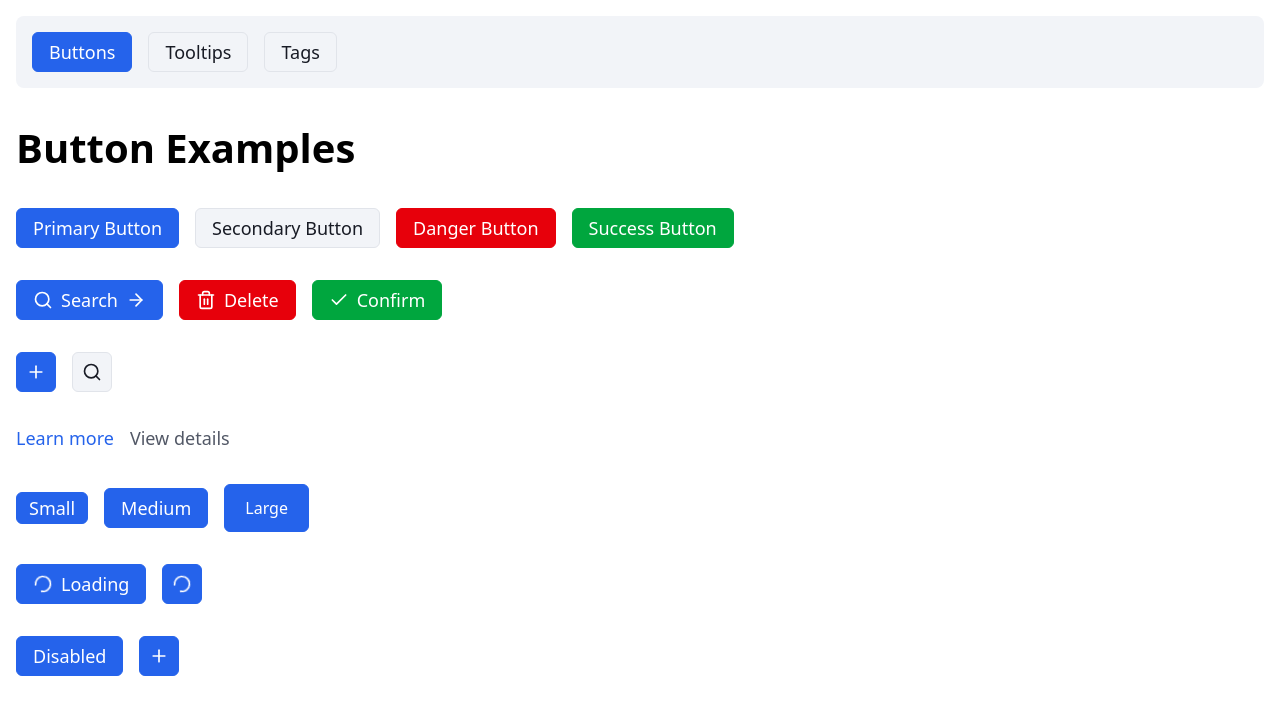
Repository: vinit-juspay/design-system
Page: /
The author's editor kept a copy of each file at every save. The page is drawn from the files as they stood at one save, then again after the next save.
The browser window is 1280 px wide. The pictures show the whole page.
Some web fonts or font styles are not loaded; a fallback is used. The project was rebuilt for these pictures with package versions that can differ from the ones it lists, and the page was loaded fresh each time. Also part of the build but not shown: vite.config.ts, src/lib/utils.ts, src/themeConfig.ts, src/components/button/Button.utils.ts, src/components/button/Button.tsx, src/components/tooltip/Tooltip.utils.ts, src/components/tooltip/Tooltip.tsx, lib/components/Tags/utils.ts and 1 more.

Above is the page before, as saved 2025-04-05 19:26:21.

After the next save:
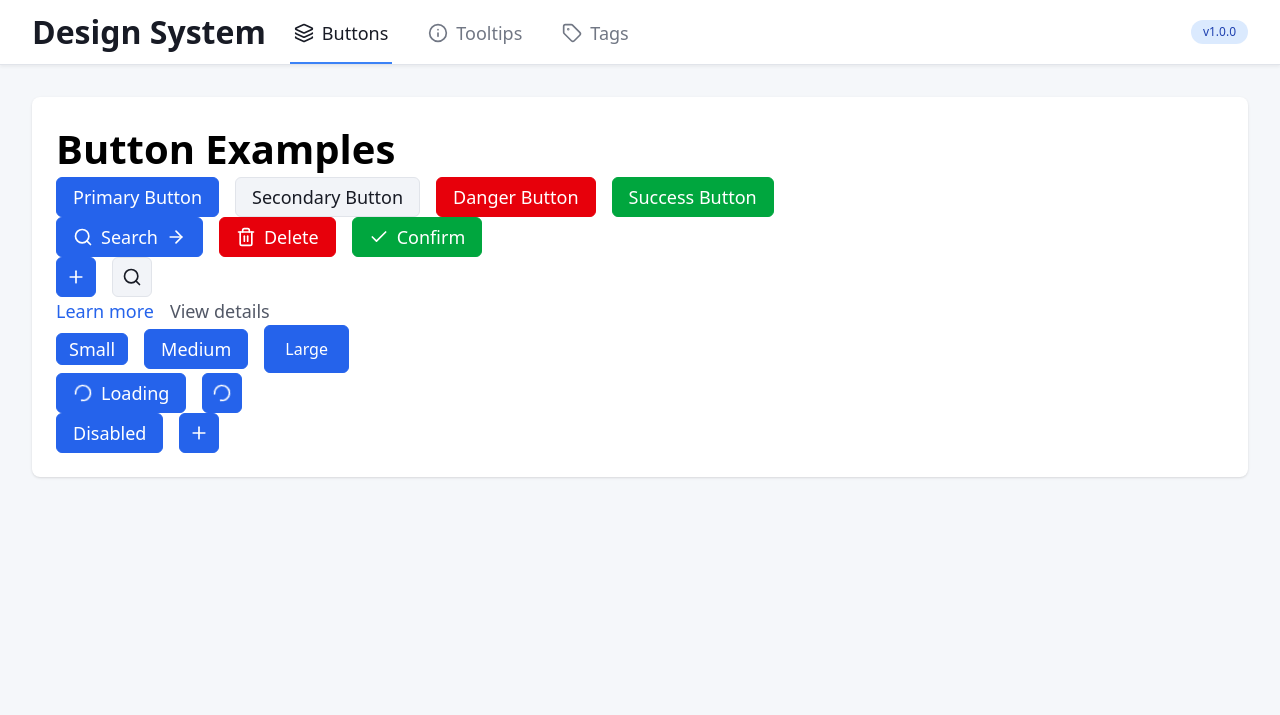
Saved 54 s later.
--- a/src/App.tsx
+++ b/src/App.tsx
@@ -1,5 +1,5 @@
-import { useState } from "react";
-import { Search, Plus, ArrowRight, Trash2, Check, Info, AlertCircle, HelpCircle } from "lucide-react";
+import React, { useState } from "react";
+import { Search, Plus, ArrowRight, Trash2, Check, Info, AlertCircle, HelpCircle, CheckCircle, XCircle, Layers, Palette, Tag as TagIcon } from "lucide-react";
 import { Tooltip } from "./index";
 import { Button, Tag, SplitTag } from "../lib/main";
 
@@ -12,29 +12,94 @@ const App = () => {
   const [activeComponent, setActiveComponent] = useState<'buttons' | 'tooltips' | 'tags'>('buttons');
 
   const renderNavbar = () => (
-    <div className="bg-gray-100 p-4 mb-8 rounded-lg">
-      <div className="flex gap-4">
-        <Button
-          buttonType={activeComponent === 'buttons' ? 'primary' : 'secondary'}
-          size="md"
-          onClick={() => setActiveComponent('buttons')}
-        >
-          Buttons
-        </Button>
-        <Button
-          buttonType={activeComponent === 'tooltips' ? 'primary' : 'secondary'}
-          size="md"
-          onClick={() => setActiveComponent('tooltips')}
-        >
-          Tooltips
-        </Button>
-        <Button
-          buttonType={activeComponent === 'tags' ? 'primary' : 'secondary'}
-          size="md"
-          onClick={() => setActiveComponent('tags')}
-        >
-          Tags
-        </Button>
+    <div className="sticky top-0 z-10 bg-white border-b border-gray-200 shadow-sm">
+      <div className="max-w-7xl mx-auto px-4 sm:px-6 lg:px-8">
+        <div className="flex justify-between h-16">
+          <div className="flex">
+            <div className="flex-shrink-0 flex items-center">
+              <span className="text-xl font-bold text-gray-900">Design System</span>
+            </div>
+            <div className="hidden sm:ml-6 sm:flex sm:space-x-8">
+              <button
+                onClick={() => setActiveComponent('buttons')}
+                className={`${
+                  activeComponent === 'buttons'
+                    ? 'border-blue-500 text-gray-900'
+                    : 'border-transparent text-gray-500 hover:border-gray-300 hover:text-gray-700'
+                } inline-flex items-center px-1 pt-1 border-b-2 text-sm font-medium`}
+              >
+                <Layers className="mr-2 h-5 w-5" />
+                Buttons
+              </button>
+              <button
+                onClick={() => setActiveComponent('tooltips')}
+                className={`${
+                  activeComponent === 'tooltips'
+                    ? 'border-blue-500 text-gray-900'
+                    : 'border-transparent text-gray-500 hover:border-gray-300 hover:text-gray-700'
+                } inline-flex items-center px-1 pt-1 border-b-2 text-sm font-medium`}
+              >
+                <Info className="mr-2 h-5 w-5" />
+                Tooltips
+              </button>
+              <button
+                onClick={() => setActiveComponent('tags')}
+                className={`${
+                  activeComponent === 'tags'
+                    ? 'border-blue-500 text-gray-900'
+                    : 'border-transparent text-gray-500 hover:border-gray-300 hover:text-gray-700'
+                } inline-flex items-center px-1 pt-1 border-b-2 text-sm font-medium`}
+              >
+                <TagIcon className="mr-2 h-5 w-5" />
+                Tags
+              </button>
+            </div>
+          </div>
+          <div className="hidden sm:ml-6 sm:flex sm:items-center">
+            <span className="px-3 py-1 text-xs font-medium rounded-full bg-blue-100 text-blue-800">
+              v1.0.0
+            </span>
+          </div>
+        </div>
+      </div>
+
+      {/* Mobile menu */}
+      <div className="sm:hidden">
+        <div className="pt-2 pb-3 space-y-1">
+          <button
+            onClick={() => setActiveComponent('buttons')}
+            className={`${
+              activeComponent === 'buttons'
+                ? 'bg-blue-50 border-blue-500 text-blue-700'
+                : 'border-transparent text-gray-600 hover:bg-gray-50 hover:border-gray-300 hover:text-gray-800'
+            } block pl-3 pr-4 py-2 border-l-4 text-base font-medium w-full text-left flex items-center`}
+          >
+            <Layers className="mr-3 h-5 w-5" />
+            Buttons
+          </button>
+          <button
+            onClick={() => setActiveComponent('tooltips')}
+            className={`${
+              activeComponent === 'tooltips'
+                ? 'bg-blue-50 border-blue-500 text-blue-700'
+                : 'border-transparent text-gray-600 hover:bg-gray-50 hover:border-gray-300 hover:text-gray-800'
+            } block pl-3 pr-4 py-2 border-l-4 text-base font-medium w-full text-left flex items-center`}
+          >
+            <Info className="mr-3 h-5 w-5" />
+            Tooltips
+          </button>
+          <button
+            onClick={() => setActiveComponent('tags')}
+            className={`${
+              activeComponent === 'tags'
+                ? 'bg-blue-50 border-blue-500 text-blue-700'
+                : 'border-transparent text-gray-600 hover:bg-gray-50 hover:border-gray-300 hover:text-gray-800'
+            } block pl-3 pr-4 py-2 border-l-4 text-base font-medium w-full text-left flex items-center`}
+          >
+            <TagIcon className="mr-3 h-5 w-5" />
+            Tags
+          </button>
+        </div>
       </div>
     </div>
   );
@@ -398,12 +463,15 @@ const App = () => {
   );
 
   return (
-    <div className="p-4 space-y-8">
+    <div className="min-h-screen bg-gray-50">
       {renderNavbar()}
-
-      {activeComponent === 'buttons' && renderButtons()}
-      {activeComponent === 'tooltips' && renderTooltips()}
-      {activeComponent === 'tags' && renderTags()}
+      <div className="max-w-7xl mx-auto px-4 sm:px-6 lg:px-8 py-8">
+        <div className="bg-white shadow rounded-lg p-6">
+          {activeComponent === 'buttons' && renderButtons()}
+          {activeComponent === 'tooltips' && renderTooltips()}
+          {activeComponent === 'tags' && renderTags()}
+        </div>
+      </div>
     </div>
   );
 };
